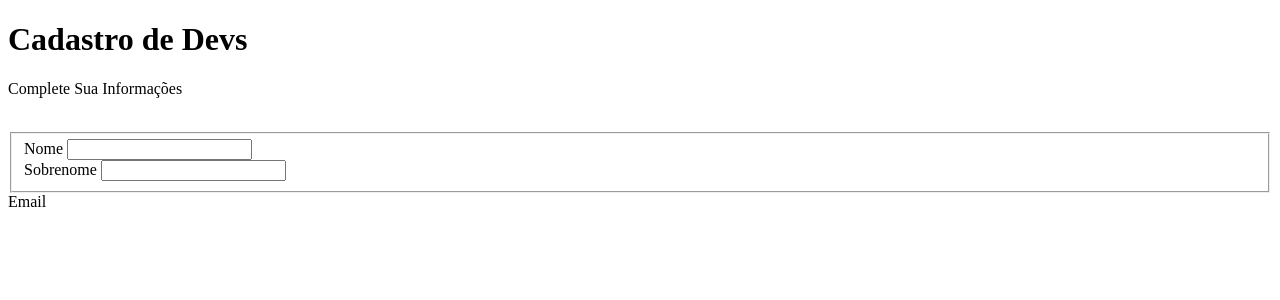
Repository: 2020francesco/formulario
Page: formulario.html
These files come from the project's save history. The page is drawn as it stood at one moment and after a run of saves; the edit follows.
The browser window is 1280 px wide. The pictures show the whole page.

Above is the page before, as saved 2021-04-20 10:54:53.

After the next 4 saves:
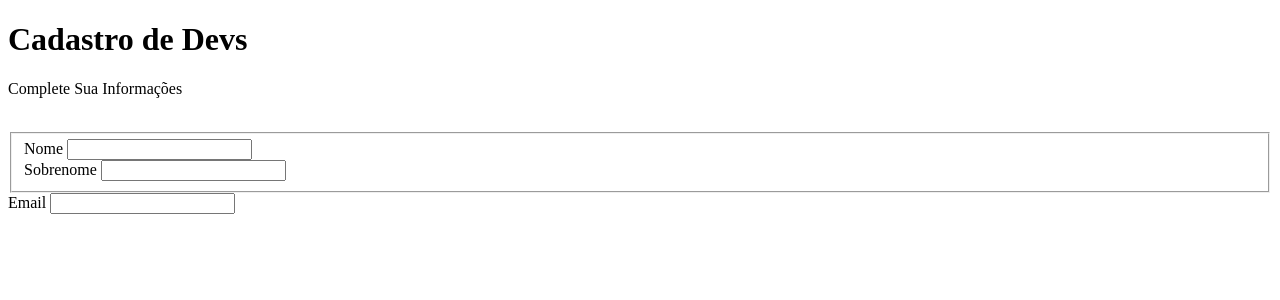
The 4 saves are shown as one change because they came seconds apart.
The last was saved 8 s later.
--- a/formulario.html
+++ b/formulario.html
@@ -29,7 +29,7 @@
 
       <div>
         <label>Email</label>
-
+        <input type=""
       </div>
     </form>
 
